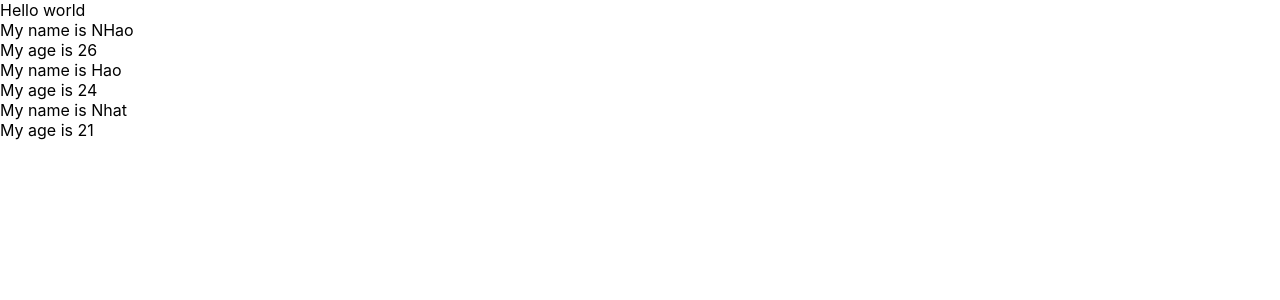
Repository: haonguyen09/reactProject
Page: /
These files come from the project's save history. The page is drawn as it stood at one moment and after the next save; the edit follows.
The browser window is 1280 px wide. The pictures show the whole page.
The project was rebuilt for these pictures with package versions that can differ from the ones it lists, and the page was loaded fresh each time.

Above is the page before, as saved 2023-08-01 13:51:43.

### src/App.js
import logo from './logo.svg';
import './App.css';
import { useDispatch, useSelector } from 'react-redux';
import { increaseCounter, decreaseCounter } from './redux/action/counterAction';
import MyComponent from './components/MyComponent';
import React from "react";


class App extends React.Component {

  render() {
    return (
      <div>
      Hello world
      <MyComponent></MyComponent>
    </div>
    )
  }
}




// const App = () => {
//   const count = useSelector(state => state.counter.count);
//   const dispatch = useDispatch();

//   return (

//     <div className="App">
//       <header className="App-header">
//         <img src={logo} className="App-logo" alt="logo" />
//         <p>
//           Hello world
//         </p>
//         <div>Count = {count}</div>
//         <button onClick={() => dispatch(increaseCounter())}>Increase</button>
//         <button onClick={() => dispatch(decreaseCounter())}>Decrease</button>
//       </header>
//     </div>
//   );
// }

export default App;

### src/components/MyComponent.js
import React from 'react';
// import Info from './Info';
import MyInfo from './MyInfo';

class MyComponent extends React.Component {
    // JSX
    state = {
        listUsers: [
            {id: 1, name: "NHao", age: 26},
            {id: 2, name: "Hao", age: 24},
            {id: 3, name: "Nhat", age: 21},
        ]
    }


    render() {
        return (
            <div>
                {/* <Info /> */}
                <MyInfo listUsers={this.state.listUsers} />
            </div>
            );
    };

    }



export default MyComponent;

### src/components/MyInfo.js
import React from 'react';

class MyInfo extends React.Component {



    render() {
        const {listUsers } = this.props;
        return (



            <div>
                {/* <div>My id is {id}</div>
                <div>My name is {name}</div>
                <div>My age is {age }</div> */}
                {
                    listUsers.map((user) => {
                    return (
                    <div>
                        <div>My name is {user.name}</div>
                        <div>My age is {user.age }</div>
                    </div>
                    )
                })}

            </div>
        )
    }
}

export default MyInfo

Loaded but not shown: public/index.html (common file); src/index.js (common file); src/reportWebVitals.js (common file); src/redux/store.js (common file); src/App.css (common file); src/redux/action/counterAction.js (common file); src/redux/reducer/rootReducer.js (common file); src/redux/reducer/counterReducer.js (common file)

After the next save:
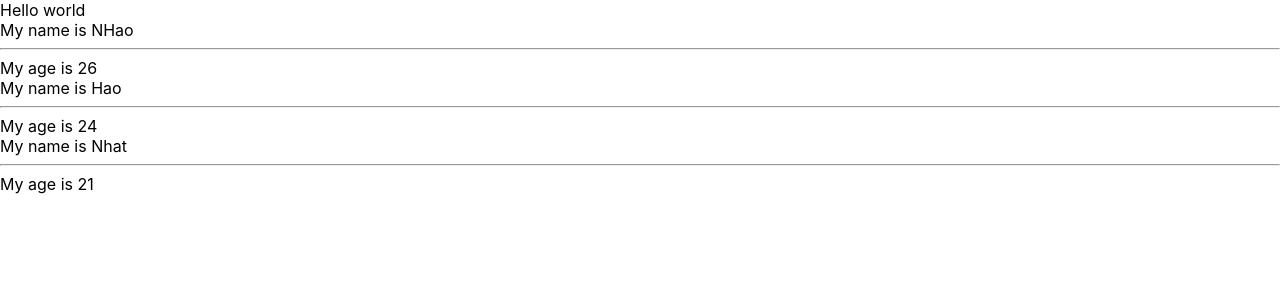
Saved 8 s later.
--- a/src/components/MyInfo.js
+++ b/src/components/MyInfo.js
@@ -18,7 +18,8 @@ class MyInfo extends React.Component {
                     listUsers.map((user) => {
                     return (
                     <div>
-                        <div>My name is {user.name}</div>
+                            <div>My name is {user.name}</div>
+                            <hr/>
                         <div>My age is {user.age }</div>
                     </div>
                     )
